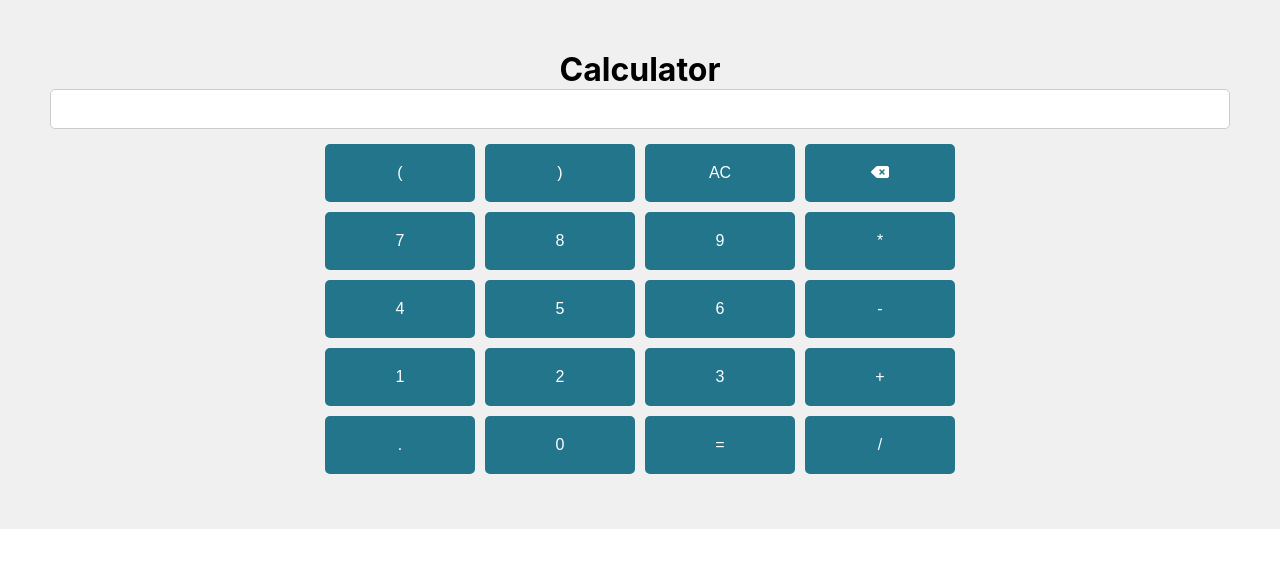
Repository: thesaherriaz/Calculator-React
Page: /
These files come from the project's save history. The page is drawn as it stood at one moment and after the next save; the edit follows.
The browser window is 1280 px wide. The pictures show the whole page.
The project was rebuilt for these pictures with package versions that can differ from the ones it lists, and the page was loaded fresh each time.

Above is the page before, as saved 2025-06-18 15:12:19.

### public/index.html
<!DOCTYPE html>
<html lang="en">
  <head>
    <meta charset="utf-8" />
    <link rel="icon" href="%PUBLIC_URL%/favicon.ico" />
    <meta name="viewport" content="width=device-width, initial-scale=1" />
    <meta name="theme-color" content="#000000" />
    <meta
      name="description"
      content="Web site created using create-react-app"
    />
    <link rel="apple-touch-icon" href="%PUBLIC_URL%/logo192.png" />
    <link rel="stylesheet" href="https://cdnjs.cloudflare.com/ajax/libs/font-awesome/6.0.0/css/all.min.css">
    <!--
      manifest.json provides metadata used when your web app is installed on a
      user's mobile device or desktop. See https://developers.google.com/web/fundamentals/web-app-manifest/
    -->
    <link rel="manifest" href="%PUBLIC_URL%/manifest.json" />
    <!--
      Notice the use of %PUBLIC_URL% in the tags above.
      It will be replaced with the URL of the `public` folder during the build.
      Only files inside the `public` folder can be referenced from the HTML.

      Unlike "/favicon.ico" or "favicon.ico", "%PUBLIC_URL%/favicon.ico" will
      work correctly both with client-side routing and a non-root public URL.
      Learn how to configure a non-root public URL by running `npm run build`.
    -->
    <title>React App</title>
  </head>
  <body>
    <noscript>You need to enable JavaScript to run this app.</noscript>
    <div id="root"></div>
    <!--
      This HTML file is a template.
      If you open it directly in the browser, you will see an empty page.

      You can add webfonts, meta tags, or analytics to this file.
      The build step will place the bundled scripts into the <body> tag.

      To begin the development, run `npm start` or `yarn start`.
      To create a production bundle, use `npm run build` or `yarn build`.
    -->
  </body>
</html>

### src/App.js
import React from 'react'
import Calculator from './compnents/Calculator'

function App() {
  return (
    <Calculator />
  )
}

export default App

### src/compnents/Calculator.jsx
import React from 'react'
import './Calculator.css'
function Calculator() {
  return (
    <>
        <div className="Calculator">
            <h1>Calculator</h1>
            <input className='input-box' type="text" name="input" id="input" />
            <div>
                <button className='btn-cal'>(</button>
                <button className='btn-cal'>)</button>
                <button className='btn-cal'>AC</button>
                <button className='btn-cal'><i class="fa-solid fa-delete-left"></i></button> <br />
                <button className='btn-cal'>7</button>
                <button className='btn-cal'>8</button>
                <button className='btn-cal'>9</button>
                <button className='btn-cal'>*</button> <br />
                <button className='btn-cal'>4</button>
                <button className='btn-cal'>5</button>
                <button className='btn-cal'>6</button>
                <button className='btn-cal'>-</button> <br />
                <button className='btn-cal'>1</button>
                <button className='btn-cal'>2</button>
                <button className='btn-cal'>3</button>
                <button className='btn-cal'>+</button> <br />
                <button className='btn-cal'>.</button>
                <button className='btn-cal'>0</button>
                <button className='btn-cal'>=</button>
                <button className='btn-cal'>/</button>
            </div>
        </div>
    </>
  )
}

export default Calculator

### src/compnents/Calculator.css
*{
    box-sizing: border-box;
    margin: 0;
    padding: 0;
}
.Calculator {
  display: flex;
  flex-direction: column;
  align-items: center;
  justify-content: center;
  /* height: 100vh; */
  background-color: #f0f0f0;
  padding: 50px;
}
.btn-cal{
  background-color: #23758c;
  width: 150px;
  color: white;
  border: none;
  padding: 20px;
  font-size: 16px;
  cursor: pointer;
  border-radius: 5px;
  margin: 5px;
  transition: background-color 0.3s ease;
}

.input-box {
  width: 100%;
  padding: 10px;
  font-size: 16px;
  border: 1px solid #ccc;
  border-radius: 5px;
  margin-bottom: 10px;
}

Loaded but not shown: src/index.js (common file); src/index.css (common file); src/reportWebVitals.js (common file)

After the next save:
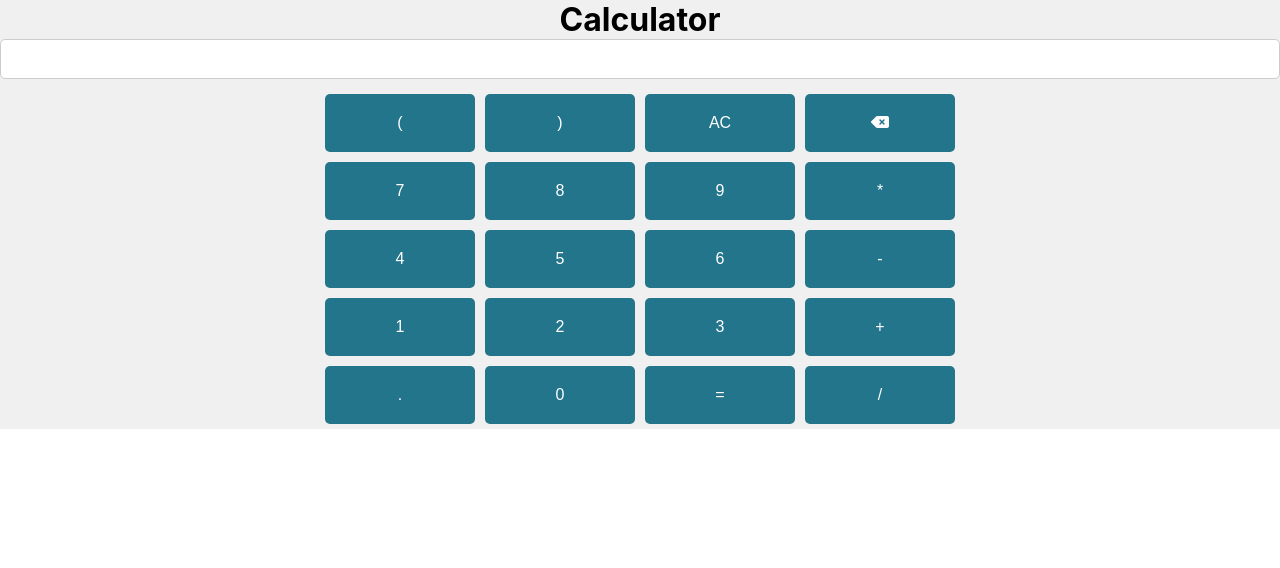
Saved 7 s later.
--- a/src/compnents/Calculator.css
+++ b/src/compnents/Calculator.css
@@ -10,7 +10,7 @@
   justify-content: center;
   /* height: 100vh; */
   background-color: #f0f0f0;
-  padding: 50px;
+  padding: 10;
 }
 .btn-cal{
   background-color: #23758c;
